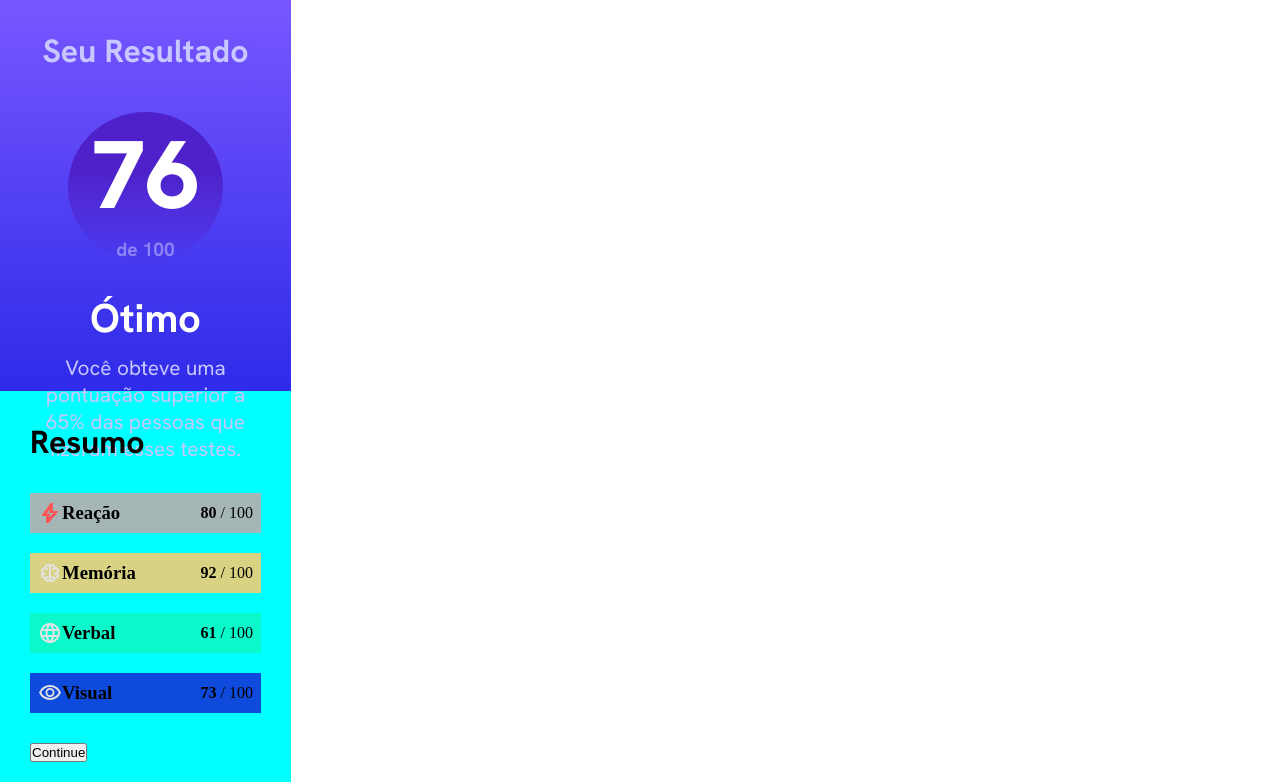
Repository: caique2512/resumo-de-resultados
Page: index.html
These files come from the project's save history. The page is drawn as it stood at one moment and after a run of saves; the edit follows.
The browser window is 1280 px wide. The pictures show the whole page.

Above is the page before, as saved 2026-03-10 17:56:06.

### index.html
<!DOCTYPE html>
<html lang="pt-br">
<head>
    <meta charset="UTF-8">
    <meta name="viewport" content="width=device-width, initial-scale=1.0">
    <title>Resumo de Resultados</title>
    <link rel="stylesheet" href="src/css/estilos.css">
    <link rel="stylesheet" href="src/css/reset.css">
</head>
<body>
    <main class="conteudo">
        <div class="principal">
            <h1 class="titulo">Seu Resultado</h1>
            <div class="circulo">
                <h2>76</h2>
                <p>de 100</p>
            </div>
            <h2 class="avaliacao">Ótimo</h2>
            <p class="subtitle">Você obteve uma pontuação superior a 65% das pessoas que fizeram esses testes.</p>
        </div>
        <div class="resultado">
            <h1 class="titulo1">Resumo</h1>
            <div class="classes">
                <div class="resumo1">
                    <div>
                        <img src="./src/images/raio.png" alt="Raio">
                        <h3>Reação</h3>
                    </div>
                    <p><strong>80</strong> / 100</p>
                </div>
                <div class="resumo2">
                    <div>
                        <img src="./src/images/memoria.svg" alt="Memória">
                        <h3>Memória</h3>
                    </div>
                    <p><strong>92</strong> / 100</p>
                </div>
                <div class="resumo3">
                    <div>
                        <img src="./src/images/mensagem.svg" alt="Mensagem">
                        <h3>Verbal</h3>
                    </div>
                    <p><strong>61</strong> / 100</p>
                </div>
                <div class="resumo4">
                    <div>
                        <img src="./src/images/olho.svg" alt="olho">
                        <h3>Visual</h3>
                    </div>
                    <p><strong>73</strong> / 100</p>
                </div>
            </div>
            <button class="btn-resumo">Continue</button>
        </div>
    </main>
</body>
</html>

### src/css/estilos.css
@import url('https://fonts.googleapis.com/css2?family=Hanken+Grotesk:ital,wght@0,100..900;1,100..900&display=swap');


.principal {
    background: linear-gradient(hsl(252, 100%, 67%), hsl(241, 81%, 54%));
    width: 291px;
    height: 391px;
    display: flex;
    flex-direction: column;
    align-items: center;
}

.titulo {
    color: hsl(241, 100%, 89%);
    font-family: "Hanken Grotesk";
    margin-top: 30px;
    font-size: 2rem;
}

.circulo {
    background: linear-gradient(hsla(256, 72%, 46%, 1) 40%, hsla(241, 72%, 46%, 0));
    width: 155px;
    height: 155px;
    border-radius: 50%;
    display: flex;
    align-items: center;
    justify-content: center;
    flex-direction: column;
    margin-top: 2.5rem;
}

.circulo h2 {
    font-size: 6rem;
    font-family: "Hanken Grotesk";
    font-weight: 800;
    color: hsl(0, 0%, 100%);
}

.circulo p {
    color: hsla(241, 100%, 89%, 0.538);
    font-family: "Hanken Grotesk";
    font-weight: 700;
    font-size: 1.2rem;
}

.principal .avaliacao {
    color: white;
    font-family: "Hanken Grotesk";
    margin-top: 30px;
    font-size: 2.5rem;

}

.principal .subtitle {
    color: hsl(241, 100%, 89%);
    font-family: "Hanken Grotesk";
    width: 230px;
    display: flex;
    text-align: center;
    margin: 10px;
    font-size: 1.3rem;
}

.resultado {
    background-color: aqua;
    width: 291px;
    height: 391px;
    padding: 30px;
}

.resultado .titulo1 {
    color: #000000;
    font-family: "Hanken Grotesk";
}

.resultado .classes {
    display: flex;
    flex-direction: column;
    gap: 20px;
    margin: 30px 0px;
}

.resultado .classes .resumo1 div {
    display: flex;
    align-items: center;
}

.resultado .classes .resumo1{
    display: flex;
    align-items: center;
    justify-content: space-between;
    background-color: hsla(0, 90%, 77%, 0.667);
    padding: 8px;
}

.resultado .classes .resumo2 div {
    display: flex;
    align-items: center;
}

.resultado .classes .resumo2{
    display: flex;
    align-items: center;
    justify-content: space-between;
    background-color: hsla(39, 97%, 71%, 0.853);
    padding: 8px;
}

.resultado .classes .resumo3 div {
    display: flex;
    align-items: center;
}

.resultado .classes .resumo3{
    display: flex;
    align-items: center;
    justify-content: space-between;
    background-color: hsla(166, 94%, 51%, 0.851);
    padding: 8px;
}

.resultado .classes .resumo4 div {
    display: flex;
    align-items: center;
}

.resultado .classes .resumo4{
    display: flex;
    align-items: center;
    justify-content: space-between;
    background-color: hsla(234, 85%, 45%, 0.829);
    padding: 8px;
}

### src/css/reset.css


* {
    margin: 0;
    padding: 0;
    box-sizing: border-box;
}

After the next 2 saves:
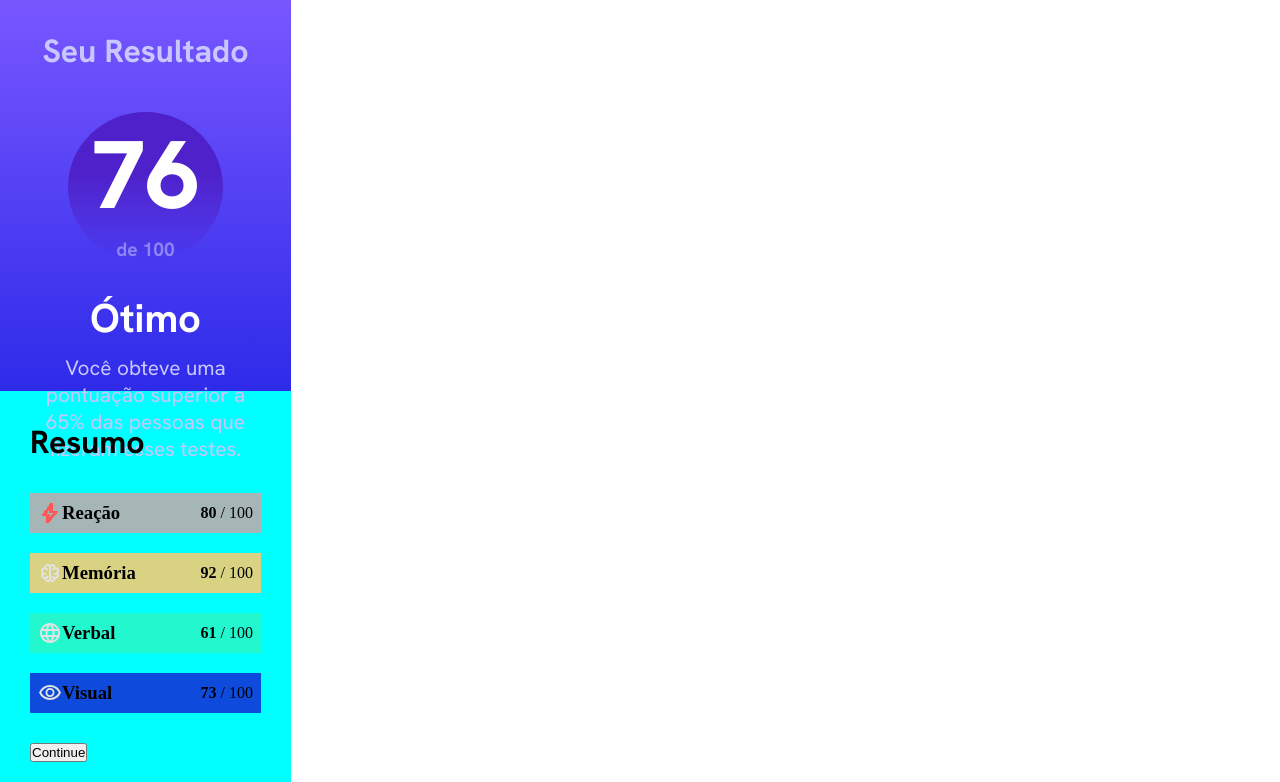
The 2 saves are shown as one change because they came seconds apart.
The last was saved 7 s later.
--- a/src/css/estilos.css
+++ b/src/css/estilos.css
@@ -115,7 +115,7 @@
     display: flex;
     align-items: center;
     justify-content: space-between;
-    background-color: hsla(166, 94%, 51%, 0.851);
+    background-color: hsla(166, 92%, 56%, 0.851);
     padding: 8px;
 }
 
